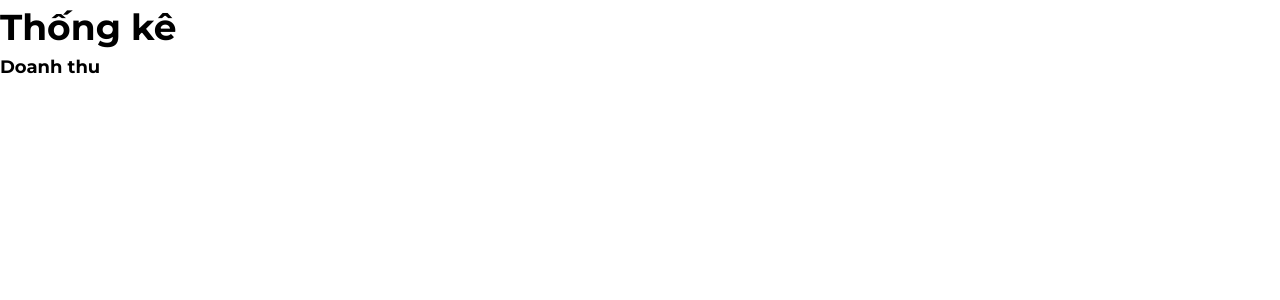
Repository: iphoneboy46/AltaMediaCMS
Page: /
These files come from the project's save history. The page is drawn as it stood at one moment and after the next save; the edit follows.
The browser window is 1280 px wide. The pictures show the whole page.
Some web libraries are served in a nearby version. The project was rebuilt for these pictures with package versions that can differ from the ones it lists, and the page was loaded fresh each time.

Above is the page before, as saved 2023-03-26 21:25:46.

### public/index.html
<!DOCTYPE html>
<html lang="en">
  <head>
    <meta charset="utf-8" />
    <link rel="icon" href="%PUBLIC_URL%/favicon.ico" />
    <meta name="viewport" content="width=device-width, initial-scale=1" />
    <meta name="theme-color" content="#000000" />
    <meta
      name="description"
      content="Web site created using create-react-app"
    />
    <link rel="apple-touch-icon" href="%PUBLIC_URL%/logo192.png" />
    <!--
      manifest.json provides metadata used when your web app is installed on a
      user's mobile device or desktop. See https://developers.google.com/web/fundamentals/web-app-manifest/
    -->
    <link rel="manifest" href="%PUBLIC_URL%/manifest.json" />
    <!--
      Notice the use of %PUBLIC_URL% in the tags above.
      It will be replaced with the URL of the `public` folder during the build.
      Only files inside the `public` folder can be referenced from the HTML.

      Unlike "/favicon.ico" or "favicon.ico", "%PUBLIC_URL%/favicon.ico" will
      work correctly both with client-side routing and a non-root public URL.
      Learn how to configure a non-root public URL by running `npm run build`.
    -->
    <link rel="stylesheet" href="https://cdnjs.cloudflare.com/ajax/libs/font-awesome/6.3.0/css/all.min.css" integrity="sha512-SzlrxWUlpfuzQ+pcUCosxcglQRNAq/DZjVsC0lE40xsADsfeQoEypE+enwcOiGjk/bSuGGKHEyjSoQ1zVisanQ==" crossorigin="anonymous" referrerpolicy="no-referrer" />
    <title>React App</title>
  </head>
  <body>
    <noscript>You need to enable JavaScript to run this app.</noscript>
    <div id="root"></div>
    <!--
      This HTML file is a template.
      If you open it directly in the browser, you will see an empty page.

      You can add webfonts, meta tags, or analytics to this file.
      The build step will place the bundled scripts into the <body> tag.

      To begin the development, run `npm start` or `yarn start`.
      To create a production bundle, use `npm run build` or `yarn build`.
    -->
  </body>
</html>

### src/App.tsx

import './App.css';
import Home from './components/Home/Home';
import MenuBar from './components/Menu/MenuBar';

function App() {
  return (
    <div className="App">
      {/* <MenuBar /> */}
      <Home />
    </div>
  );
}

export default App;

### src/App.css
@import url('https://fonts.googleapis.com/css2?family=Montserrat:wght@300;400;500;700&display=swap');

*{
  margin: 0;
  padding: 0;
  box-sizing: border-box;
  font-family: 'Montserrat', sans-serif;
}

### src/components/Home/Home.tsx
import React from 'react'

function Home() {
  return (
    <div className="w-[80%] bg-[white]">
        <div className="">
            <h1 className="text-[black] text-[36px] font-[700]">Thống kê</h1>
        </div>
        <div>
            <h2 className="text-[black] text-[18px] font-[600]">Doanh thu</h2>
        </div>
    </div>
  )
}

export default Home

### tailwind.config.js

module.exports = {
  content: [
    "./src/**/*.{js,jsx,ts,tsx}",
    ],
  theme: {
    extend: {},
    colors:{
        'yellowMain':"#FFB800",
         'background' :"#E5E5E5"

    }
  },
  plugins: [],
}

Loaded but not shown: src/index.tsx (common file); src/index.css (common file); src/reportWebVitals.ts (common file)

After the next save:
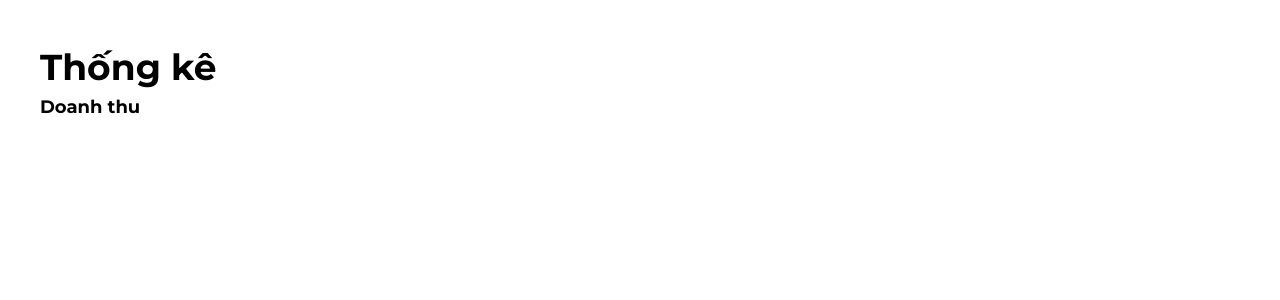
Saved 14 s later.
--- a/src/components/Home/Home.tsx
+++ b/src/components/Home/Home.tsx
@@ -2,7 +2,7 @@ import React from 'react'
 
 function Home() {
   return (
-    <div className="w-[80%] bg-[white]">
+    <div className="w-[80%] bg-[white] p-10">
         <div className="">
             <h1 className="text-[black] text-[36px] font-[700]">Thống kê</h1>
         </div>
